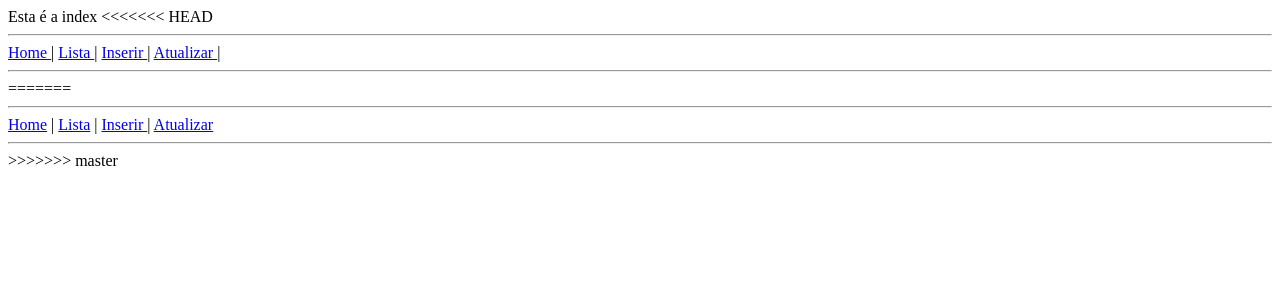
Repository: vivian-nakano/Projetos-Spring
Page: webmvc/src/main/resources/static/index.html
These files come from the project's save history. The page is drawn as it stood at one moment and after the next save; the edit follows.
The browser window is 1280 px wide. The pictures show the whole page.
Some web libraries are served in a nearby version.

Above is the page before, as saved 2020-11-10 23:36:02.

### webmvc/src/main/resources/static/index.html
<!DOCTYPE html>
<html>
<head>
<meta charset="ISO-8859-1">
<title>MVC</title>
<script
	src="https://ajax.googleapis.com/ajax/libs/angularjs/1.6.9/angular.min.js"></script>
<script src="controller.js">

</script>

</head>
<body>
	Esta é a index
<<<<<<< HEAD

	<hr>
	<a href="index.html"> Home </a> |
	<a href="lista.html"> Lista </a> |
	<a href="inserir.html"> Inserir </a> |
	<a href="atualizar.html"> Atualizar </a> |

	<hr>

=======
	<hr>

	<a href="index.html">Home</a> |
	<a href="lista.html">Lista</a> |
	<a href="inserir.html">Inserir </a> |
	<a href="atualizar.html">Atualizar </a>

	<hr>

>>>>>>> master
</body>
</html>

### webmvc/src/main/resources/static/controller.js
var app = angular.module('myApp', []);
app.controller('myCtrl', function($scope, $http) {
	$scope.manutencoes = new Object();
	$scope.salvar = function() {
		$http.post("http://localhost:8080/manutencoes", {
			'id' : $scope.id,
			'nome' : $scope.nome,
			'categoria' : $scope.categoria,
			'data' : $scope.data,
			'pago' : $scope.pago
		})
	};
	$scope.buscarTodos = function() {
		$http.get("http://localhost:8080/manutencoes").then(function(resposta) {
			$scope.manutencoes = resposta.data;
		});
	}
	$scope.buscarTodos();
	$scope.put = function() {
		$http.put("http://localhost:8080/manutencoes/ " + $scope.id, {

			'nome' : $scope.nome,
			'categoria' : $scope.categoria,
			'pago' : $scope.pago
		})
	}

});

After the next save:
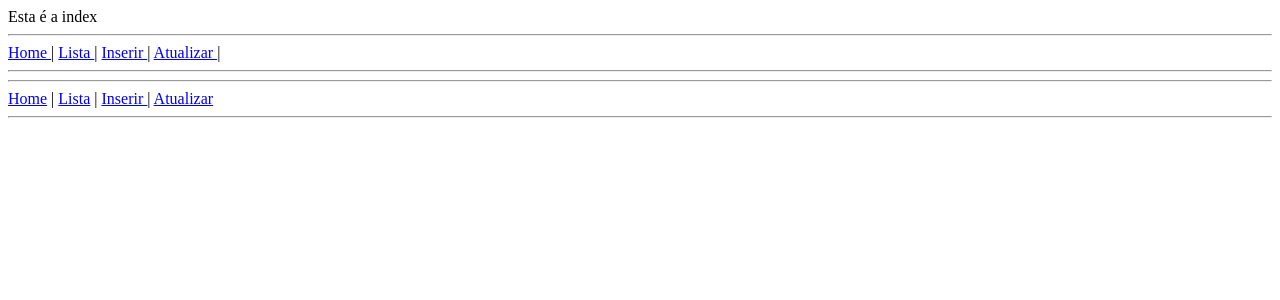
Saved 13 s later.
--- a/webmvc/src/main/resources/static/index.html
+++ b/webmvc/src/main/resources/static/index.html
@@ -12,7 +12,6 @@
 </head>
 <body>
 	Esta é a index
-<<<<<<< HEAD
 
 	<hr>
 	<a href="index.html"> Home </a> |
@@ -22,7 +21,6 @@
 
 	<hr>
 
-=======
 	<hr>
 
 	<a href="index.html">Home</a> |
@@ -32,6 +30,5 @@
 
 	<hr>
 
->>>>>>> master
 </body>
 </html>
